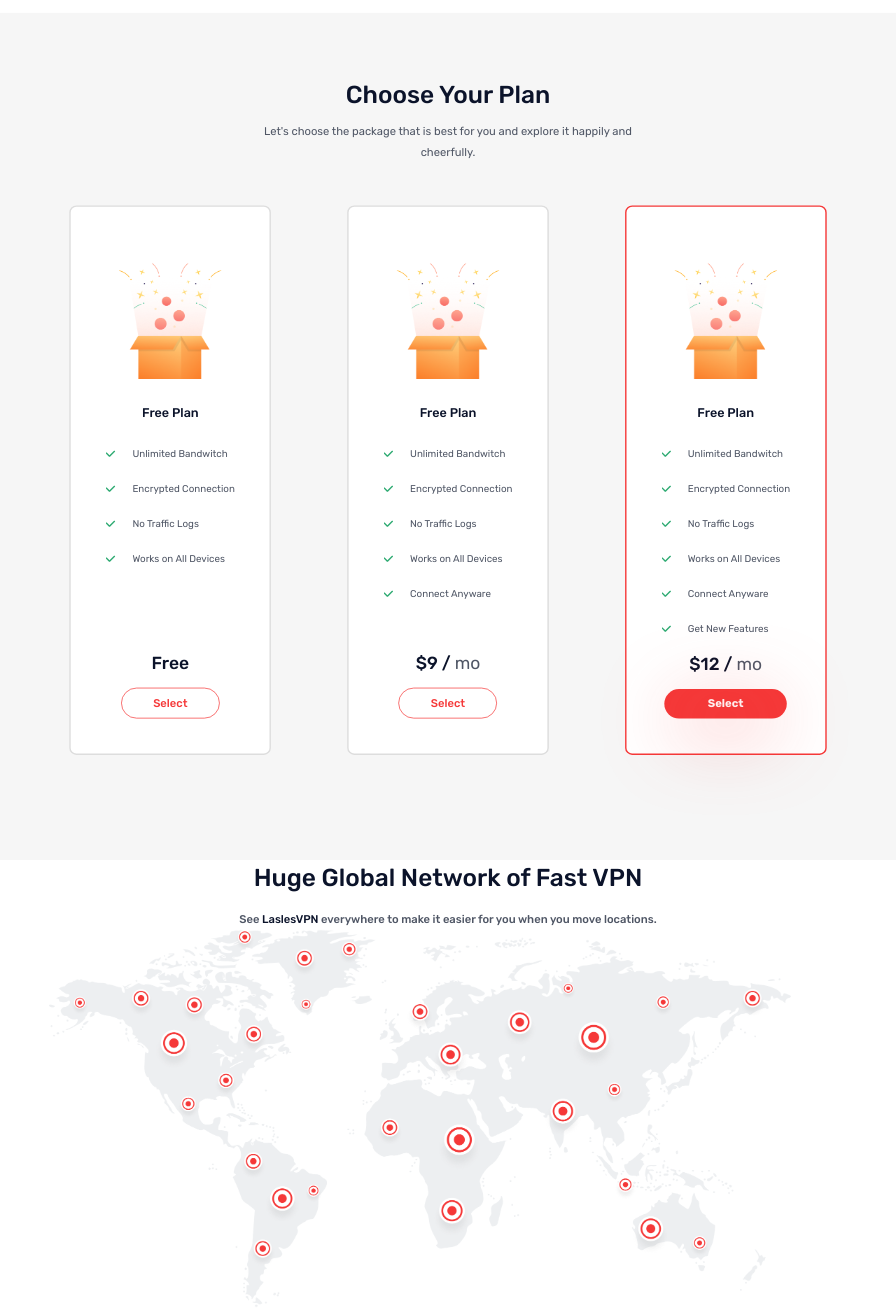
Repository: PhamTrungNguyen/LuyenTap
Page: LT_Figma/index.html
An editor plug-in stored every save of this project. The page is shown before and after a run of saves, followed by the edit.
The browser window is 1280 px wide. The pictures show the part of the page from y = 1369 to 3289 px (the page is 3239 px tall before and 3289 px after), at 70% of full size.
Some web libraries are served in a nearby version. The style sheet was rebuilt from its Sass, Less or Tailwind sources for each picture, by a compiler version that may differ from the author's.

Above is the page before, as saved 2021-12-08 23:14:43.
Console error: TypeError: Cannot read properties of null (reading 'addEventListener')

### LT_Figma/index.html
<!DOCTYPE html>
<html lang="en">

<head>
  <meta charset="UTF-8" />
  <meta http-equiv="X-UA-Compatible" content="IE=edge" />
  <meta name="viewport" content="width=device-width, initial-scale=1.0" />
  <title>Lasles VPN</title>
  <link rel="stylesheet" href="./css/reset.css">
  <link rel="stylesheet" href="./css/app.css" />
  <!-- Link font chữ -->
  <link rel="preconnect" href="https://fonts.googleapis.com">
  <link rel="preconnect" href="https://fonts.gstatic.com" crossorigin>
  <link href="https://fonts.googleapis.com/css2?family=Rubik:wght@400;500;700&display=swap" rel="stylesheet">
</head>

<body>
  <div class="wrapper">
    <!-- ---------------------------------- Phần header ---------------------------------- -->
    <header class="header">
      <div class="container">
        <div class="header-container">
          <img srcset="./images/logo.png 2x" alt="" class="header-logo"> <!-- độ nét logo -->
          <ul class="menu">
            <li class="menu-item">
              <a href="#" class="menu-link">About</a>
            </li>
            <li class="menu-item">
              <a href="#" class="menu-link">Features</a>
            </li>
            <li class="menu-item">
              <a href="#" class="menu-link">Pricing</a>
            </li>
            <li class="menu-item">
              <a href="#" class="menu-link">Testimonials</a>
            </li>
            <li class="menu-item">
              <a href="#" class="menu-link">Help</a>
            </li>
          </ul>
          <div class="header-user">
            <a href="#" class="header-user_in">Sign In</a>
            <a href="#" class="button button--outline">Sign Up</a>
          </div>
        </div>
      </div>
    </header>

    <!-- ---------------------------------- Phần hero ---------------------------------- -->
    <section class="hero">
      <div class="container">
        <div class="hero-container">
          <div class="hero-content">
            <h2 class="hero-content_heading">Want anything to be easy with LaslesVPN.</h2>
            <span class="hero-content_desc">Provide a network for all your needs with ease and fun using
              <strong>LaslesVPN</strong> discover interesting features from us.</span>
            <a href="#" class="button button--primary">Get Started</a>
          </div>
          <div class="hero-image">
            <img srcset="./images/hero-image.png 2x" alt="">
          </div>
        </div>
      </div>
    </section>

    <!-- ---------------------------------- Phần intro ---------------------------------- -->
    <section class="intro">
      <div class="container">
        <div class="intro-container">
          <div class="intro-item">
              <div class="intro-item_user">
                <img srcset="./images/user.png 2x" alt="">
              </div>
              <div class="intro-item_info">
                <h2 class="intro-item_info__number">90+</h2>
                <span class="intro-item_intro__desc">Users</span>
              </div>
          </div>
          <div class="intro-item">
              <div class="intro-item_user">
                <img srcset="./images/location.png 2x" alt="">
              </div>
              <div class="intro-item_info">
                <h2 class="intro-item_info__number">30+</h2>
                <span class="intro-item_intro__desc">Locations</span>
              </div>
          </div>
          <div class="intro-item">
              <div class="intro-item_user">
                <img srcset="./images/server.png 2x" alt="">
              </div>
              <div class="intro-item_info">
                <h2 class="intro-item_info__number">50+</h2>
                <span class="intro-item_intro__desc">Servers</span>
              </div>
          </div>
        </div>
      </div>
    </section>
     <!-- ---------------------------------- Phần Features ---------------------------------- -->
     <section class="feature">
       <div class="container">
         <div class="feature-container">
           <div class="feature-image">
             <img srcset="./images/feature-image.png 2x" alt="">
           </div>
           <div class="feature-content">
             <h3 class="feature-title">We Provide Many Features You Can Use</h3>
             <span class="feature-desc">You can explore the features that we provide with fun and have their own functions each feature.</span>
             <ul class="feature-list">
               <li class="feature-item">
                 <img src="./images/icon-check.svg" alt="" class="feature-item_check">
                 <span class="feature-item_text">Powerfull online protection.</span>
               </li>
               <li class="feature-item">
                 <img src="./images/icon-check.svg" alt="" class="feature-item_check">
                 <span class="feature-item_text">Powerfull online protection.</span>
               </li>
               <li class="feature-item">
                 <img src="./images/icon-check.svg" alt="" class="feature-item_check">
                 <span class="feature-item_text">Powerfull online protection.</span>
               </li>
               <li class="feature-item">
                 <img src="./images/icon-check.svg" alt="" class="feature-item_check">
                 <span class="feature-item_text">Powerfull online protection.</span>
               </li>
             </ul>
           </div>
         </div>
       </div>
     </section>

     <!-- ---------------------------------- Phần Plan ---------------------------------- -->
     <main>
       <section class="plan">
         <div class="container">
           <div class="plan-container">
             <div class="plan-heading">
               <h3 class="plan-heading_title">Choose Your Plan</h3>
               <span class="plan-heading_desc">Let's choose the package that is best for you and explore it happily and cheerfully.</span>
             </div>
             <div class="plan-main">
               <div class="plan-item">
                 <div class="plan-item_image">
                   <img srcset="./images/plan.png 2x" alt="">
                 </div>
                 <h3 class="plan-item_title">Free Plan</h3>
                 <ul class="plan-item--list">
                   <li class="plan-item_text">
                     <img src="./images/icon-check-line.svg" alt="" class="plan-item_icon">
                     <span class="plan-item_desc">Unlimited Bandwitch</span>
                   </li>
                   <li class="plan-item_text">
                     <img src="./images/icon-check-line.svg" alt="" class="plan-item_icon">
                     <span class="plan-item_desc">Encrypted Connection</span>
                   </li>
                   <li class="plan-item_text">
                     <img src="./images/icon-check-line.svg" alt="" class="plan-item_icon">
                     <span class="plan-item_desc">No Traffic Logs</span>
                   </li>
                   <li class="plan-item_text">
                     <img src="./images/icon-check-line.svg" alt="" class="plan-item_icon">
                     <span class="plan-item_desc">Works on All Devices</span>
                   </li>
                 </ul>
                 <h2 class="plan-item_free">Free</h2>
                 <a href="#" class="button button--outline">Select</a>
               </div>
               <div class="plan-item">
                 <div class="plan-item_image">
                   <img srcset="./images/plan.png 2x" alt="">
                 </div>
                 <h3 class="plan-item_title">Free Plan</h3>
                 <ul class="plan-item--list">
                   <li class="plan-item_text">
                     <img src="./images/icon-check-line.svg" alt="" class="plan-item_icon">
                     <span class="plan-item_desc">Unlimited Bandwitch</span>
                   </li>
                   <li class="plan-item_text">
                     <img src="./images/icon-check-line.svg" alt="" class="plan-item_icon">
                     <span class="plan-item_desc">Encrypted Connection</span>
                   </li>
                   <li class="plan-item_text">
                     <img src="./images/icon-check-line.svg" alt="" class="plan-item_icon">
                     <span class="plan-item_desc">No Traffic Logs</span>
                   </li>
                   <li class="plan-item_text">
                     <img src="./images/icon-check-line.svg" alt="" class="plan-item_icon">
                     <span class="plan-item_desc">Works on All Devices</span>
                   </li>
                   <li class="plan-item_text">
                     <img src="./images/icon-check-line.svg" alt="" class="plan-item_icon">
                     <span class="plan-item_desc">Connect Anyware</span>
                   </li>
                 </ul>
                 <h2 class="plan-item_free">$9 / <span>mo</span></h2>
                 <a href="#" class="button button--outline">Select</a>
               </div>
               <div class="plan-item plan-active">
                 <div class="plan-item_image">
                   <img srcset="./images/plan.png 2x" alt="">
                 </div>
                 <h3 class="plan-item_title">Free Plan</h3>
                 <ul class="plan-item--list">
                   <li class="plan-item_text">
                     <img src="./images/icon-check-line.svg" alt="" class="plan-item_icon">
                     <span class="plan-item_desc">Unlimited Bandwitch</span>
                   </li>
                   <li class="plan-item_text">
                     <img src="./images/icon-check-line.svg" alt="" class="plan-item_icon">
                     <span class="plan-item_desc">Encrypted Connection</span>
                   </li>
                   <li class="plan-item_text">
                     <img src="./images/icon-check-line.svg" alt="" class="plan-item_icon">
                     <span class="plan-item_desc">No Traffic Logs</span>
                   </li>
                   <li class="plan-item_text">
                     <img src="./images/icon-check-line.svg" alt="" class="plan-item_icon">
                     <span class="plan-item_desc">Works on All Devices</span>
                   </li>
                   <li class="plan-item_text">
                     <img src="./images/icon-check-line.svg" alt="" class="plan-item_icon">
                     <span class="plan-item_desc">Connect Anyware</span>
                   </li>
                   <li class="plan-item_text">
                     <img src="./images/icon-check-line.svg" alt="" class="plan-item_icon">
                     <span class="plan-item_desc">Get New Features</span>
                   </li>
                 </ul>
                 <h2 class="plan-item_free">$12 / <span>mo</span></h2>
                 <a href="#" class="button button--rounded">Select</a>
               </div>
             </div>
           </div>
         </div>
       </section>
       <!-- ---------------------------------- Phần network ---------------------------------- -->
       <section class="network">
         <div class="container">
           <div class="network-container">
             <div class="network-heading">
               <h2 class="network-heading_title">Huge Global Network of Fast VPN</h2>
               <span class="network-heading_desc">See <strong>LaslesVPN</strong> everywhere to make it easier for you when you move locations.</span>
             </div>
             <div class="network-image">
               <img srcset="./images/network-image.png 2x" alt="">
             </div>
           </div>
         </div>
       </section>
     </main>

  </div>

  <script type="text/javascript" src="https://code.jquery.com/jquery-1.11.0.min.js"></script>
  <script type="text/javascript" src="https://code.jquery.com/jquery-migrate-1.2.1.min.js"></script>
  <script type="text/javascript" src="https://cdn.jsdelivr.net/npm/slick-carousel@1.8.1/slick/slick.min.js"></script>
  <script src="./scripts/app.js"></script>
  <!-- sass ./sass/app.scss ./css/app.css --watch -->
</body>

</html>

### LT_Figma/css/reset.css
/* http://meyerweb.com/eric/tools/css/reset/
   v2.0 | 20110126
   License: none (public domain)
*/

html,
body,
div,
span,
applet,
object,
iframe,
h1,
h2,
h3,
h4,
h5,
h6,
p,
blockquote,
pre,
a,
abbr,
acronym,
address,
big,
cite,
code,
del,
dfn,
em,
img,
ins,
kbd,
q,
s,
samp,
small,
strike,
strong,
sub,
sup,
tt,
var,
b,
u,
i,
center,
dl,
dt,
dd,
ol,
ul,
li,
fieldset,
form,
label,
legend,
table,
caption,
tbody,
tfoot,
thead,
tr,
th,
td,
article,
aside,
canvas,
details,
embed,
figure,
figcaption,
footer,
header,
hgroup,
menu,
nav,
output,
ruby,
section,
summary,
time,
mark,
audio,
video {
  margin: 0;
  padding: 0;
  border: 0;
  font-size: 100%;
  font: inherit;
  vertical-align: baseline;
}
/* HTML5 display-role reset for older browsers */
article,
aside,
details,
figcaption,
figure,
footer,
header,
hgroup,
menu,
nav,
section {
  display: block;
}
body {
  line-height: 1;
}
ol,
ul {
  list-style: none;
}
blockquote,
q {
  quotes: none;
}
blockquote:before,
blockquote:after,
q:before,
q:after {
  content: "";
  content: none;
}
table {
  border-collapse: collapse;
  border-spacing: 0;
}

### LT_Figma/sass/app.scss
@import "reset";
@import "variables";
@import "global";

@import "header";
@import "hero";
@import "intro";
@import "feature";
@import "plan";
@import "network";

### LT_Figma/sass/_reset.scss
/* http://meyerweb.com/eric/tools/css/reset/
   v2.0 | 20110126
   License: none (public domain)
*/

html,
body,
div,
span,
applet,
object,
iframe,
h1,
h2,
h3,
h4,
h5,
h6,
p,
blockquote,
pre,
a,
abbr,
acronym,
address,
big,
cite,
code,
del,
dfn,
em,
img,
ins,
kbd,
q,
s,
samp,
small,
strike,
strong,
sub,
sup,
tt,
var,
b,
u,
i,
center,
dl,
dt,
dd,
ol,
ul,
li,
fieldset,
form,
label,
legend,
table,
caption,
tbody,
tfoot,
thead,
tr,
th,
td,
article,
aside,
canvas,
details,
embed,
figure,
figcaption,
footer,
header,
hgroup,
menu,
nav,
output,
ruby,
section,
summary,
time,
mark,
audio,
video {
  margin: 0;
  padding: 0;
  border: 0;
  font-size: 100%;
  font: inherit;
  vertical-align: baseline;
  text-decoration: none;
}
/* HTML5 display-role reset for older browsers */
article,
aside,
details,
figcaption,
figure,
footer,
header,
hgroup,
menu,
nav,
section {
  display: block;
}
body {
  line-height: 1;
}
ol,
ul {
  list-style: none;
}
blockquote,
q {
  quotes: none;
}
blockquote:before,
blockquote:after,
q:before,
q:after {
  content: "";
  content: none;
}
table {
  border-collapse: collapse;
  border-spacing: 0;
}
*,
*:after,
*:before {
  margin: 0;
  padding: 0;
  box-sizing: border-box;
}

### LT_Figma/sass/_variables.scss
$font-1: "Rubik", sans-serif;
$text-color: #4F5665;
$title-color: #0b132a;
$red-color: #F53838;
$gray-color: #dde0e4;
$gray-light-color: #f8f8f8;
$gray-lighter-color: #ddd;

### LT_Figma/sass/_global.scss
body {
  line-height: 1;
  font-family: $font-1;
  color: $text-color;
  font-weight: 400;
  font-size: 16px;
  background-color: white;
}
html {
  font-size: 62.5%;
}
button {
  cursor: pointer;
  outline: none;
  border: none;
  font-family: $font-1;
}
.wrapper {
  // lớp bao ngoài
  max-width: 1440px;
  margin: 0 auto;
}
.container {
  // container bên trong
  max-width: 1240px;
  margin: 0 auto;
  padding: 0 50px;
}
.button {
  display: inline-block;
  padding: 13px 45px;
  border-radius: 100rem;
  font-family: $font-1;
  line-height: 1;
  font-size: 16px;
  cursor: pointer;
  border: none;
  outline: none;

  &--primary {
    font-weight: 700;
    background-color: $red-color;
    color: white;
    border-radius: 10px;
    padding: 17px 77px;
    position: relative;
    &:after {
      content: "";
      background: rgba(245, 56, 56, 0.979);
      filter: blur(26px);
      position: absolute;
      top: 80%;
      left: 50%;
      transform: translate(-50%, -50%);
      width: 80%;
      height: 100%;
      z-index: -1;
    }
  }
  &--outline {
    background-color: transparent;
    color: $red-color;
    font-weight: 500;
    border: 1px solid;
  }
  &--rounded {
    font-weight: 700;
    background-color: $red-color;
    color: white;
    padding: 13px 62px;
    position: relative;
    z-index: 2;
    &:after {
      content: "";
      position: absolute;
      top: 0;
      left: 50%;
      width: 90%;
      height: 100%;
      transform: translate(-50%, 50%);
      background-color: rgba(245, 56, 56, 0.35);
      filter: blur(54px);
      border-radius: inherit;
    }
  }
}

### LT_Figma/sass/_header.scss
.header {
  padding-top: 50px;
  padding-bottom: 90px;
  &-container {
    display: flex;
    justify-content: space-between;
    align-items: center;
    flex-wrap: wrap;
    position: relative;
  }
  &-user {
    font-weight: 500;
    &_in {
      margin-right: 3rem;
      color: $title-color;
    }
  }
}
.menu {
  display: flex;
  align-items: center;
  list-style: none;
  gap: 0 40px;
  &-link {
    color: $text-color;
  }
}
@media screen and (max-width: 1023px) {
  .header-user {
    position: absolute;
    right: 0;
    top: 80%;
    transform: translateY(50%);
  }
}
@media  screen and (max-width:767px){
  .menu{
    display: none;
  }

}

### LT_Figma/sass/_hero.scss
.hero {
  padding-bottom: 100px;
  &-container {
    display: flex;
    justify-content: space-between;
    align-items: center;
    gap: 0 40px;
    position: relative;
  }
  &-content {
    width: 100%;
    max-width: 555px;
    &_heading {
      font-weight: 500;
      color: $title-color;
      font-size: 50px;
      line-height: calc(70 / 50);
      margin-bottom: 2rem;
    }
    &_desc {
      display: block;
      line-height: calc(30 / 16);
      margin-bottom: 5rem;
      strong {
        font-weight: 500;
      }
    }
  }
  &-image {
    // đỡ mất kích thước của ảnh
    position: absolute;
    top: 50%;
    right: 0;
    transform: translate(40px, -50%);
  }

}
@media  screen and (max-width:1279px){
  .hero-image {
    // đỡ mất kích thước của ảnh
    position:inherit;
    transform: none;
    img{
      width: 100%;
    }
  }
  .hero-content {
    width: 100%;
    max-width: 455px;
}
  .hero-content_heading {

    font-size: 45px;

}

}
@media screen and (max-width: 1023px) {
  .hero-content_heading {
    color: #0b132a;
    font-size: 30px;
  }
}
@media  screen and (max-width:767px){
    .hero-container {
        flex-direction: column-reverse;
        gap: 50px 0;
    }
    .hero-content_heading {
        color: #0b132a;
        font-size: 23px;
    }



}

### LT_Figma/sass/_intro.scss
.intro {
  margin-bottom: 95px;
  &-container {
    padding: 37px 0;
    box-shadow: 0 42px 114px 0 rgba(13, 16, 37, 0.226);
    display: grid;
    grid-template-columns: repeat(3, minmax(0, 1fr));
    border-radius: 10px;
    background-color: #fff;
  }
  &-item {
    display: flex;
    justify-content: center;
    align-items: center;

    &_user {
      margin-right: 2rem;
    }
    &_info {
      &__number {
        font-weight: 700;
        font-size: 25px;
        margin-bottom: 6px;
        line-height: calc(30 / 25);
      }
      &__desc{
        line-height: calc(30 / 20);
      }
    }
    height: 125px;
  }
}
@media screen and (min-width: 768px) {
  .intro-item:nth-child(2) {
    border-right: 2px solid #eeeff2;
    border-left: 2px solid #eeeff2;
  }
}

@media screen and (max-width: 767px) {
  .intro-container {
    grid-template-columns: 100%;
  }
  .intro-item {
    flex-direction: row;
    // text-align: center;
  }
  .intro-item:nth-child(2){
      padding-left: 2rem;

  }
}

### LT_Figma/sass/_feature.scss
.feature{
    padding-bottom: 7rem;
    &-container{
        display:flex;
        justify-content: space-between;
        align-items: center;
        gap: 0 170px;
    }
    &-image{
        // width: 100%;
    }
    &-content{

    }
    &-title{
        color:$title-color;
        font-weight: 500;
        font-size: 35px;
        line-height: calc(50/35);
        margin-bottom: 2rem;
    }
    &-desc{
        line-height: calc(30/16);
        margin-bottom: 2rem;
    }
    &-item{
        // list-style: none;
        &_check{
            margin-right: 1rem;
        }
        display: flex;
        align-items: center;
        margin-bottom: 2rem;
    }
}
@media  screen and (max-width:1279px){
    .feature-container {
        gap: 0 90px;
    }

}
@media  screen and (max-width:1023px){
    .feature-image {
        img{
            width: 155%;
        }
    }
    .feature-container {
        gap: 0 150px;
    }

}
@media  screen and (max-width:767px){
    .feature-container {
        flex-direction: column;
    }
    .feature-image img {
        width: 100%;
    }
    .feature-container {
        gap: 50px 0;
    }
    .feature-content{
        display: flex;
        flex-direction: column;
        align-items: center;
        margin: 0 auto;
    }

}

### LT_Figma/sass/_network.scss
.network
{
    &-heading{
        margin: 0 auto;
        text-align: center;
        &_title{
            font-weight: 500;
            font-size: 35px;
            margin-bottom: 2rem;
            color:$title-color;
            line-height: calc(50/35);
        }
        &_desc{
            max-width:555px;
            font-weight: 500;
            line-height: calc(30/16);
            strong{
                color:$title-color;
            }
        }
    }
}

Loaded but not shown: LT_Figma/scripts/app.js (39 lines, source omitted); LT_Figma/sass/_plan.scss (80 lines, source omitted)

After the next 2 saves:
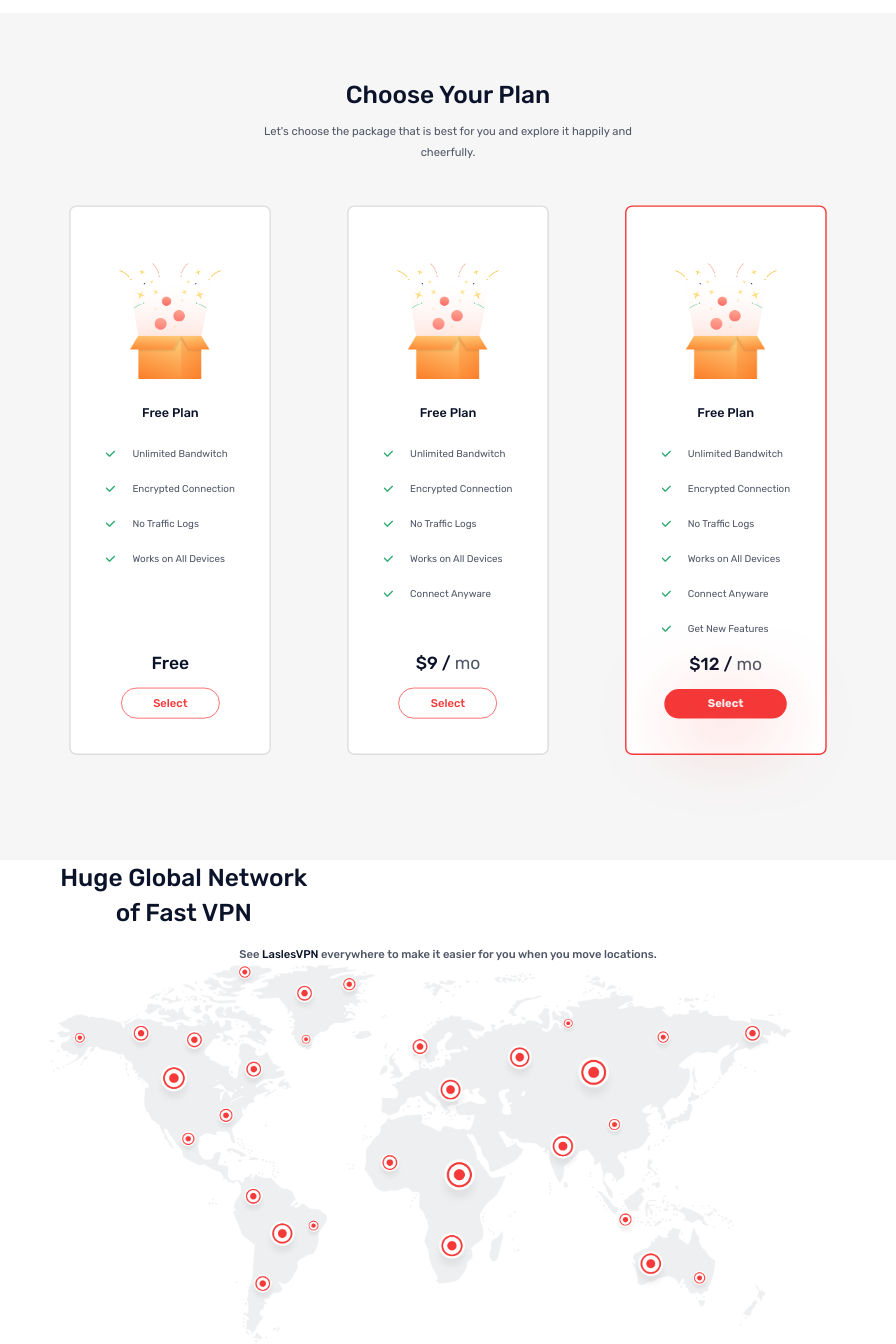
The 2 saves are shown as one change because they came seconds apart.
The last was saved 13 s later.
--- a/LT_Figma/sass/_network.scss
+++ b/LT_Figma/sass/_network.scss
@@ -4,6 +4,7 @@
         margin: 0 auto;
         text-align: center;
         &_title{
+            max-width:385px;
             font-weight: 500;
             font-size: 35px;
             margin-bottom: 2rem;
